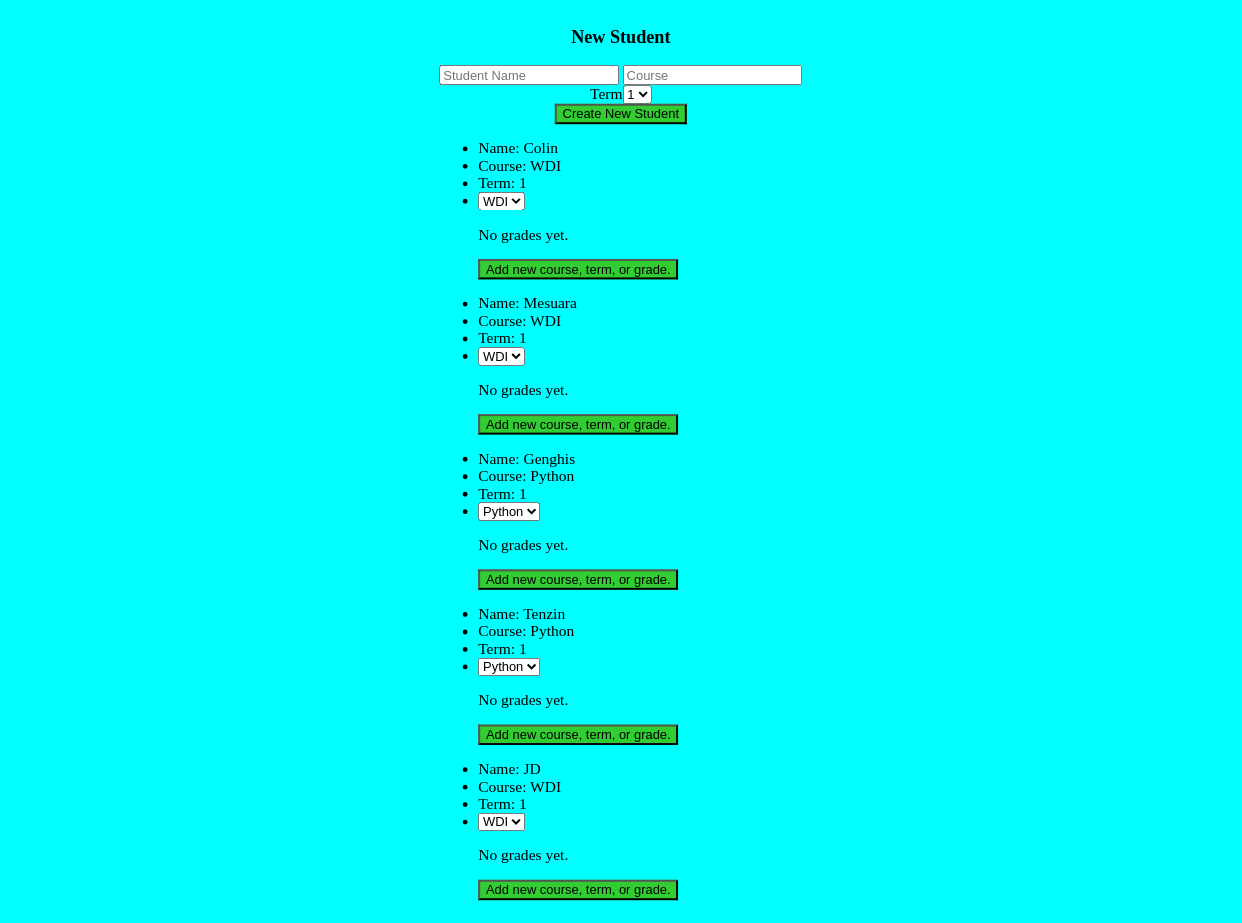
Repository: EdmontDantes/graderaide-ui
Page: index.html
An editor plug-in stored every save of this project. The page is shown before and after the next save, followed by the edit.
The browser window is 1280 px wide. The pictures show the whole page, at 97% of full size.

Above is the page before, as saved 2020-04-21 14:32:43.

### index.html
<html lang="en">
  <head>
    <title>Graderaide</title>
    <meta charset="UTF-8">
    <meta name="viewport" content="width=device-width, initial-scale=1">
    <link rel="stylesheet" type="text/css" href="style.css">
  </head>

  <body>
    <section class="app">
      <section class="new-student-input">
        <h1 id="text-h1-creation-section">New Student</h1>

        <div id="new-student-input-boxes">
          <!-- <label for="new-student-name">Student Name</label> -->
          <input id="new-student-name-input-box"type="text" class="new-student-name" name="new-student-name" placeholder="Student Name">
          <!-- <label for="new-student-course">Course</label> -->
          <input id="new-student-course-input-box" type="text" class="new-student-course" name="new-student-course" placeholder="Course">
        </div>

        <div id="new-student-input-options"
          <label for="new-student-term">Term</label>
          <select class="new-student-term" name="new-student-term">
            <option value="1">1</option>
            <option value="2">2</option>
            <option value="3">3</option>
          </select>
        </div>
      </section>
      <section class="new-student-submit">
        <button type="submit" class="new-student-button">Create New Student</button>
      </section>

      <section class="student-display">
        <ul class="student-info">
          <li>Name: Colin</li>
          <li>Course: WDI</li>
          <li>Term: 1</li>
          <li>
            <select class="course-selection">
              <option value="wdi">WDI</option>
            </select>
            <p>No grades yet.</p>
          </li><button>Add new course, term, or grade.</button>
        </ul>
        <ul class="student-info">
          <li>Name: Mesuara</li>
          <li>Course: WDI</li>
          <li>Term: 1</li>
          <li>
            <select class="course-selection">
              <option value="wdi">WDI</option>
            </select>
            <p>No grades yet.</p>
          </li><button>Add new course, term, or grade.</button>
        </ul>
        <ul class="student-info">
          <li>Name: Genghis</li>
          <li>Course: Python</li>
          <li>Term: 1</li>
          <li>
            <select class="course-selection">
              <option value="python">Python</option>
            </select>
            <p>No grades yet.</p>
          </li><button>Add new course, term, or grade.</button>
        </ul>
        <ul class="student-info">
          <li>Name: Tenzin</li>
          <li>Course: Python</li>
          <li>Term: 1</li>
          <li>
            <select class="course-selection">
              <option value="python">Python</option>
            </select>
            <p>No grades yet.</p>
          </li><button>Add new course, term, or grade.</button>
        </ul>
        <ul class="student-info">
          <li>Name: JD</li>
          <li>Course: WDI</li>
          <li>Term: 1</li>
          <li>
            <select class="course-selection">
              <option value="wdi">WDI</option>
            </select>
            <p>No grades yet.</p>
          </li><button>Add new course, term, or grade.</button>
        </ul>
      </section>
    </section>
  </body>
</html>

### style.css
@media (min-width: 601px) and (max-width: 1100px);
body {
    background-color: aqua;
    display: flex;
    flex-wrap: wrap;
    justify-content: center;
}

#text-h1-creation-section {
    display: flex;
    flex-wrap: wrap;
    justify-content: center;
}

#new-student-input-options {
    display: flex;
    flex-wrap: wrap;
    justify-content: center;
}

.new-student-submit {
    display: flex;
    flex-wrap: wrap;
    justify-content: center;
}

.new-student-input {
    width:
}
button {
    background-color: limegreen ;
}

After the next save:
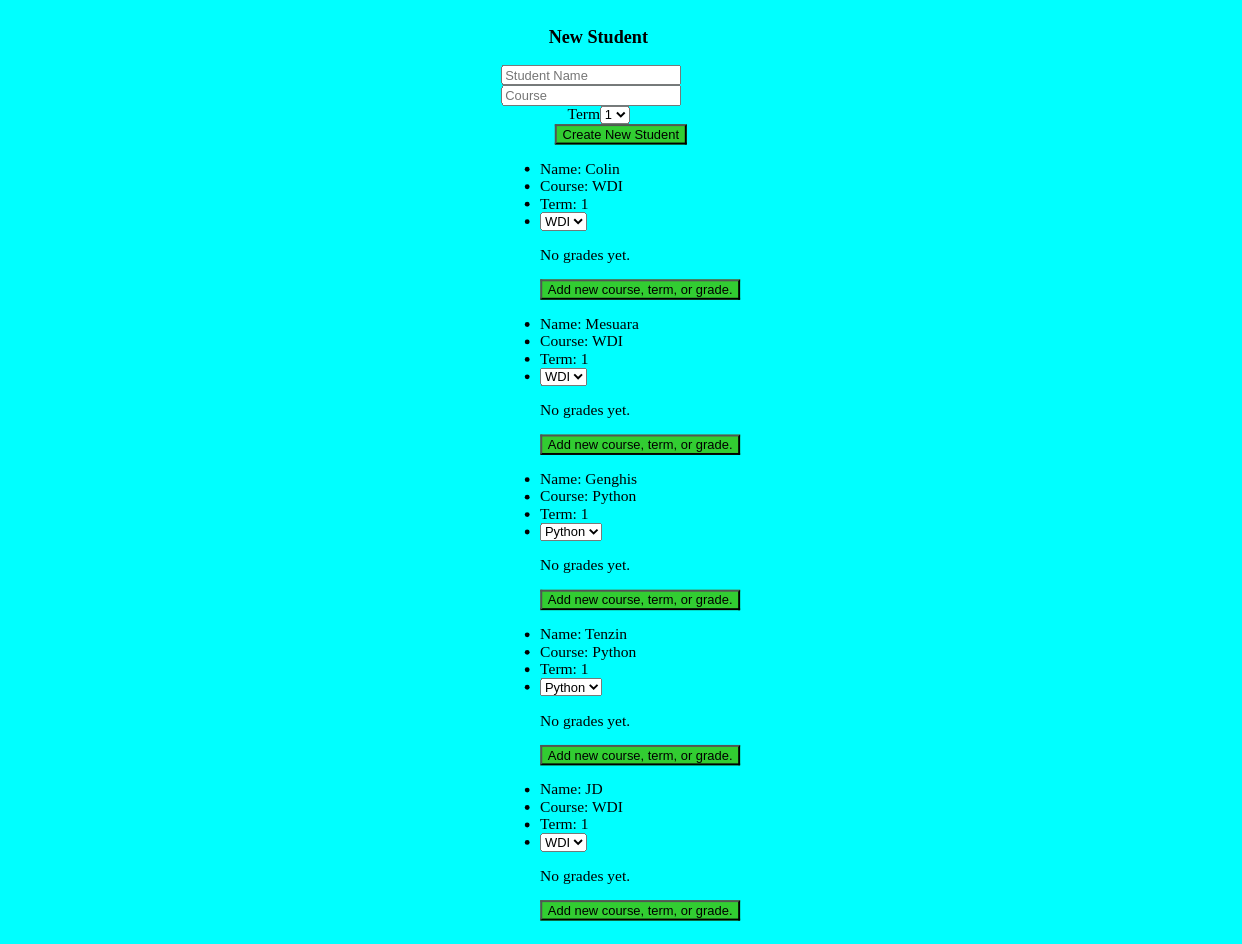
Saved 6 s later.
--- a/style.css
+++ b/style.css
@@ -25,7 +25,7 @@ body {
 }
 
 .new-student-input {
-    width:
+    width: 200px
 }
 button {
     background-color: limegreen ;
